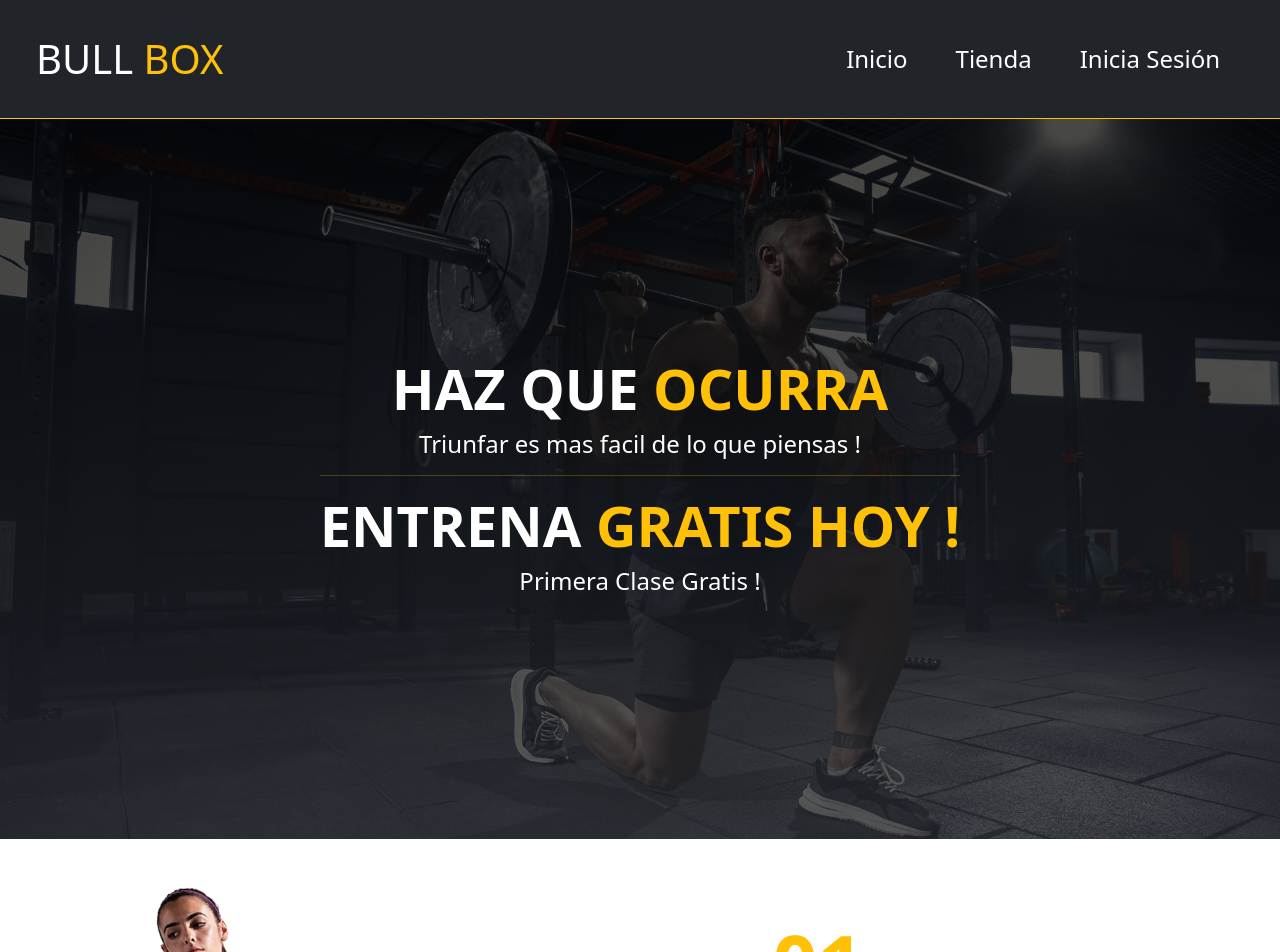
Repository: enjeru13/BullBox
Page: / (app in BullBox/)
An editor plug-in stored every save of this project. The page is shown before and after the next save, followed by the edit.
The browser window is 1280 px wide. The pictures show the part of the page from y = 0 to 952 px (the page is 4177 px tall before and 4153 px after).
The project was rebuilt for these pictures with package versions that can differ from the ones it lists, and the page was loaded fresh each time. Also part of the build but not shown: BullBox/vite.config.js, BullBox/src/pages/Registro.jsx, BullBox/src/pages/Login.jsx, BullBox/src/pages/Perfil.jsx, BullBox/src/pages/Tienda.jsx, BullBox/ProtectedRoute.jsx.

Above is the page before, as saved 2024-10-28 12:15:57.

After the next save:
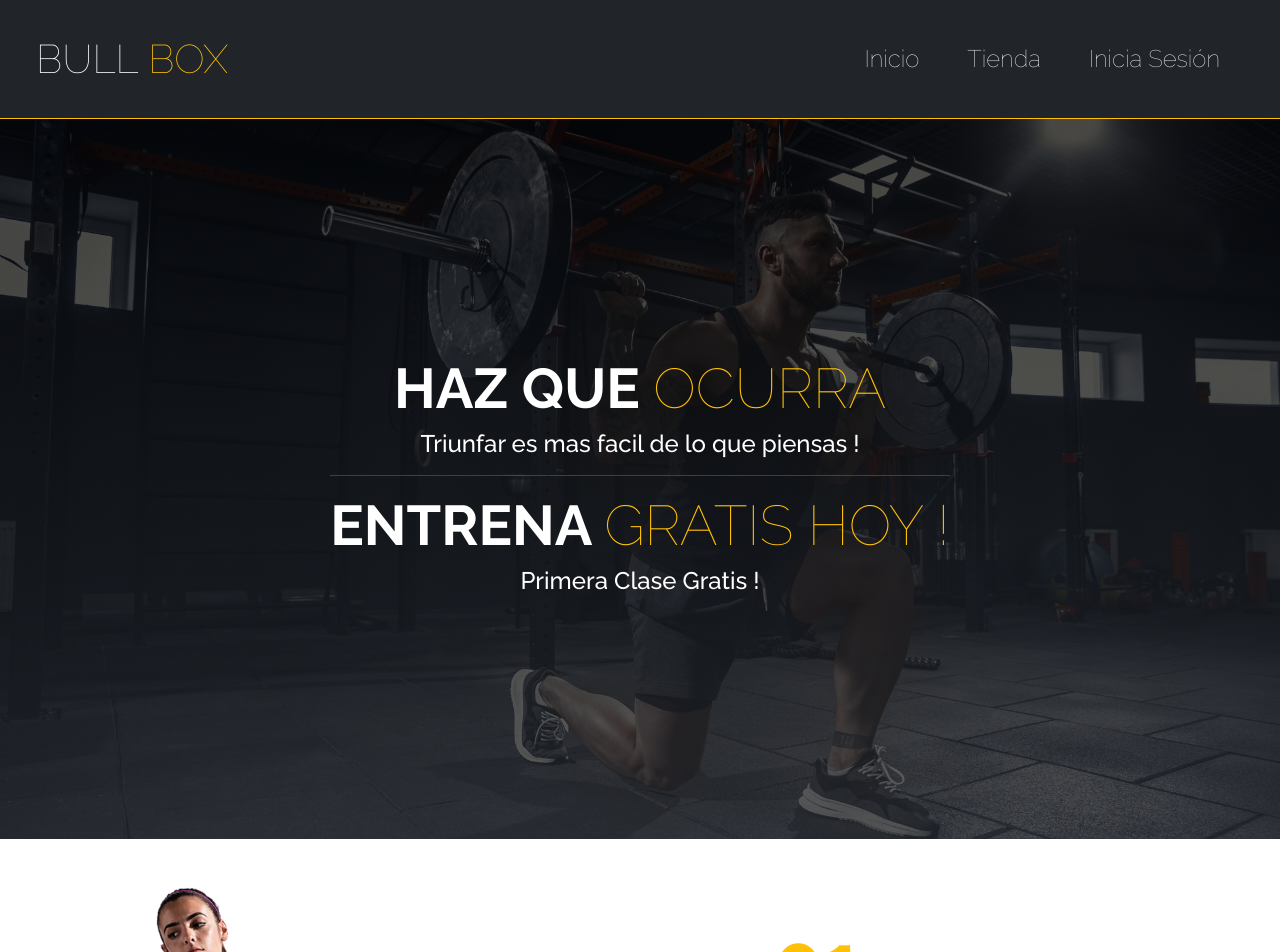
Saved 87 s later.
--- a/BullBox/src/index.css
+++ b/BullBox/src/index.css
@@ -1,6 +1,10 @@
 * {
  margin: 0;
  padding: 0;
+ font-family: "Raleway", serif;
+ font-optical-sizing: auto;
+ font-weight: 100;
+ font-style: normal;
 }
 
 /* Inicio */
